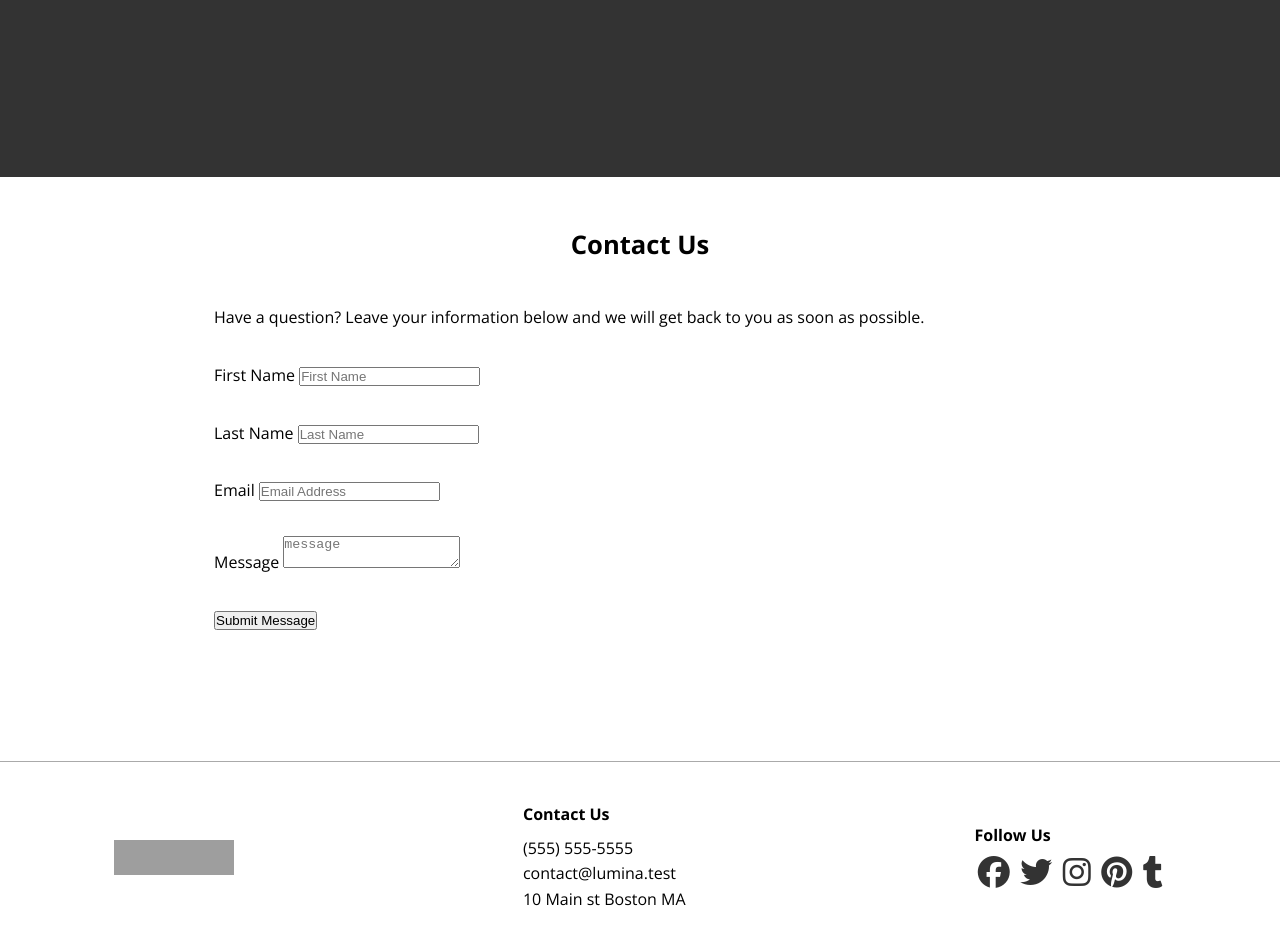
Repository: AchrafAzzaoui/lumina-creative-html-css-project
Page: lumina-creative/contact.html
The author's editor kept a copy of each file at every save. The page is drawn from the files as they stood at one save, then again after the next save.
The browser window is 1280 px wide. The pictures show the part of the page from y = 469 to 1421 px (the page is 1421 px tall before and 1419 px after).
Pictures or frames that could not be fetched are drawn as grey boxes. A picture or video elsewhere on the page could not be fetched, so the positions and the page height are approximate. Some web libraries are served in a nearby version.

Above is the page before, as saved 2024-08-22 22:22:26.

### lumina-creative/contact.html
<!DOCTYPE html>
<html lang="en">
  <head>
    <meta charset="UTF-8" />
    <meta name="viewport" content="width=device-width, initial-scale=1.0" />
    <title>Document</title>
  </head>
  <body>
    <!DOCTYPE html>
    <html lang="en">
      <head>
        <meta charset="UTF-8" />
        <meta name="viewport" content="width=device-width, initial-scale=1.0" />
        <title>Contact Lumina Creative</title>
        <link rel="preconnect" href="https://fonts.googleapis.com" />
        <link rel="preconnect" href="https://fonts.gstatic.com" crossorigin />
        <link
          rel="stylesheet"
          href="https://cdnjs.cloudflare.com/ajax/libs/font-awesome/6.6.0/css/all.min.css"
          integrity="sha512-Kc323vGBEqzTmouAECnVceyQqyqdsSiqLQISBL29aUW4U/M7pSPA/gEUZQqv1cwx4OnYxTxve5UMg5GT6L4JJg=="
          crossorigin="anonymous"
          referrerpolicy="no-referrer"
        />
        <link
          href="https://fonts.googleapis.com/css2?family=Open+Sans:ital,wght@0,300..800;1,300..800&display=swap"
          rel="stylesheet"
        />
        <link rel="stylesheet" href="css/styles.css" />
        <link rel="icon" href="images/favicon.ico" />
      </head>
      <body>
        <header class="header">
          <div class="container container-sm header-flex">
            <img src="images/logo.png" alt="Lumina Creative" class="logo" />
            <nav>
              <ul class="main-menu">
                <li><a href="index.html">Home</a></li>
                <li><a href="about.html">About</a></li>
                <li><a class="current" href="contact.html">Contact</a></li>
              </ul>
            </nav>
          </div>
        </header>

        <section class="hero bg-dark">
          <div class="container container-sm">
            <h2>
              <span class="bg-primary">Enthusiastic</span> thinkers, creating
              unique endeavors powered by
              <span class="bg-primary">creativity</span>
            </h2>
          </div>
        </section>

        <section class="contact">
          <div class="container container-sm">
            <h2 class="section-heading">Contact Us</h2>
            <p>
              Have a question? Leave your information below and we will get back
              to you as soon as possible.
            </p>
            <form>
              <div class="form-group">
                <label for="first-name" class="visually-hidden"
                  >First Name</label
                >
                <input
                  id="first-name"
                  name="first-name"
                  type="text"
                  placeholder="First Name"
                />
              </div>
              <div class="form-group">
                <label for="last-name" class="visually-hidden">Last Name</label>
                <input
                  id="last-name"
                  name="last-name"
                  type="text"
                  placeholder="Last Name"
                />
              </div>
              <div class="form-group">
                <label for="email" class="visually-hidden">Email</label>
                <input
                  id="email"
                  name="email"
                  type="email"
                  placeholder="Email Address"
                />
              </div>
              <div class="form-group">
                <label for="message" class="visually-hidden">Message</label>
                <textarea
                  type="text"
                  id="message"
                  name="message"
                  placeholder="message"
                ></textarea>
              </div>
              <div class="form-group">
                <button type="submit" class="btn">Submit Message</button>
              </div>
            </form>
          </div>
        </section>

        <footer class="footer">
          <div class="container footer-flex">
            <img src="images/logo.png" alt="Lumina Creative" />
            <div>
              <h4>Contact Us</h4>
              <ul>
                <li>(555) 555-5555</li>
                <li>contact@lumina.test</li>
                <li>10 Main st Boston MA</li>
              </ul>
            </div>
            <div>
              <h4>Follow Us</h4>
              <a href="#"><i class="fab fa-facebook fa-2x"></i></a>
              <a href="#"><i class="fab fa-twitter fa-2x"></i></a>
              <a href="#"><i class="fab fa-instagram fa-2x"></i></a>
              <a href="#"><i class="fab fa-pinterest fa-2x"></i></a>
              <a href="#"><i class="fab fa-tumblr fa-2x"></i></a>
            </div>
          </div>
        </footer>
      </body>
    </html>
  </body>
</html>

### lumina-creative/css/styles.css
* {
  margin: 0;
  padding: 0;
  box-sizing: border-box;
}

:root {
  --primary-color: #fcf5e9;
  --container-normal: 1100px;
  --container-wide: 1400px;
  --container-narrow: 900px;
  --dark-color: #333;
}

body {
  font-family: "Open Sans", sans-serif;
  line-height: 1.6;
}
a {
  text-decoration: none;
  color: #333;
}
ul {
  list-style: none;
}
img {
  max-width: 100%;
}
/* utility classes */

.bg-primary {
  background-color: var(--primary-color);
  color: #333;
}

.bg-dark {
  background: var(--dark-color);
  color: white;
}

.section-heading {
  font-size: 1.6rem;
  text-align: center;
  margin-bottom: 40px;
}

.bg-dark .bg-primary {
  padding: 0 0.3rem;
}
/* Container */

.container {
  max-width: var(--container-normal);
  margin: 0 auto;
  padding: 0 1.5rem;
}

.container-lg {
  max-width: var(--container-wide);
}

.container-sm {
  max-width: var(--container-narrow);
}

/* Header */
.header {
  margin: 1.5rem auto;
}
.header .logo {
  width: 130px;
}

.header .header-flex {
  display: flex;
  justify-content: space-between;
  align-items: center;
}

.header .main-menu {
  display: flex;
  gap: 1rem;
}

.header .main-menu a {
  padding: 0.5rem 1rem;
}

.header .main-menu a:hover {
  background-color: var(--primary-color);
}

.current {
  background-color: var(--primary-color);
  font-weight: 600;
}

/* Hero */
.hero {
  height: 500px;
  display: flex;
  flex-direction: column;
  justify-content: center;
  align-items: center;
  text-align: center;
}

.hero h2 {
  font-size: 3rem;
  line-height: 1.4;
  font-weight: normal;
}
/* Photo gallery */
.gallery-flex {
  display: flex;
  justify-content: center;
  flex-wrap: wrap;
  gap: 20px;
}
.gallery-item {
  width: calc(33.333% - 20px);
  border-radius: 10px;
}
.gallery-item img {
  border-radius: 10px;
}

.gallery-item:hover {
  opacity: 0.9;
}

/* footer styles */
.footer {
  border-top: 1px solid #aaa;
  padding: 2.5rem 1.5rem;
  margin-top: 2rem;
}

.footer-flex {
  display: flex;
  justify-content: space-between;
  align-items: center;
}

.footer img {
  width: 120px;
  height: 35px;
}

.footer h4 {
  font-size: 1rem;
  margin-bottom: 0.5rem;
}
.footer a {
  margin: 0.2rem;
}

/* Services */
.services {
  padding: 3rem 0 4rem;
}
.services-flex {
  display: flex;
  gap: 2rem;
}
.service-item h4 {
  font-size: 1.5rem;
}
/* Team */
.team {
  padding: 3rem 0px 4rem;
}

.team-flex {
  display: flex;
  gap: 1.4rem;
}

.team img {
  border-radius: 10px;
}

/* Contact */
.contact {
  padding: 3rem 0px 4rem;
}
.contact p {
  text-align: 0;
  margin-bottom: 2rem;
}
.form-group {
  margin: 2rem 0;
}

/* Media Queries */

@media (max-width: 768px) {
  .header .header-flex,
  .footer .footer-flex,
  .services-flex,
  .team-flex {
    flex-direction: column;
    gap: 1.5rem;
  }
  .hero {
    height: 300px;
  }

  .hero h2 {
    font-size: 1.8rem;
  }

  .gallery-item {
    width: calc(50% - 20px);
  }
  .footer .footer-flex {
    text-align: center;
  }
}

After the next save:
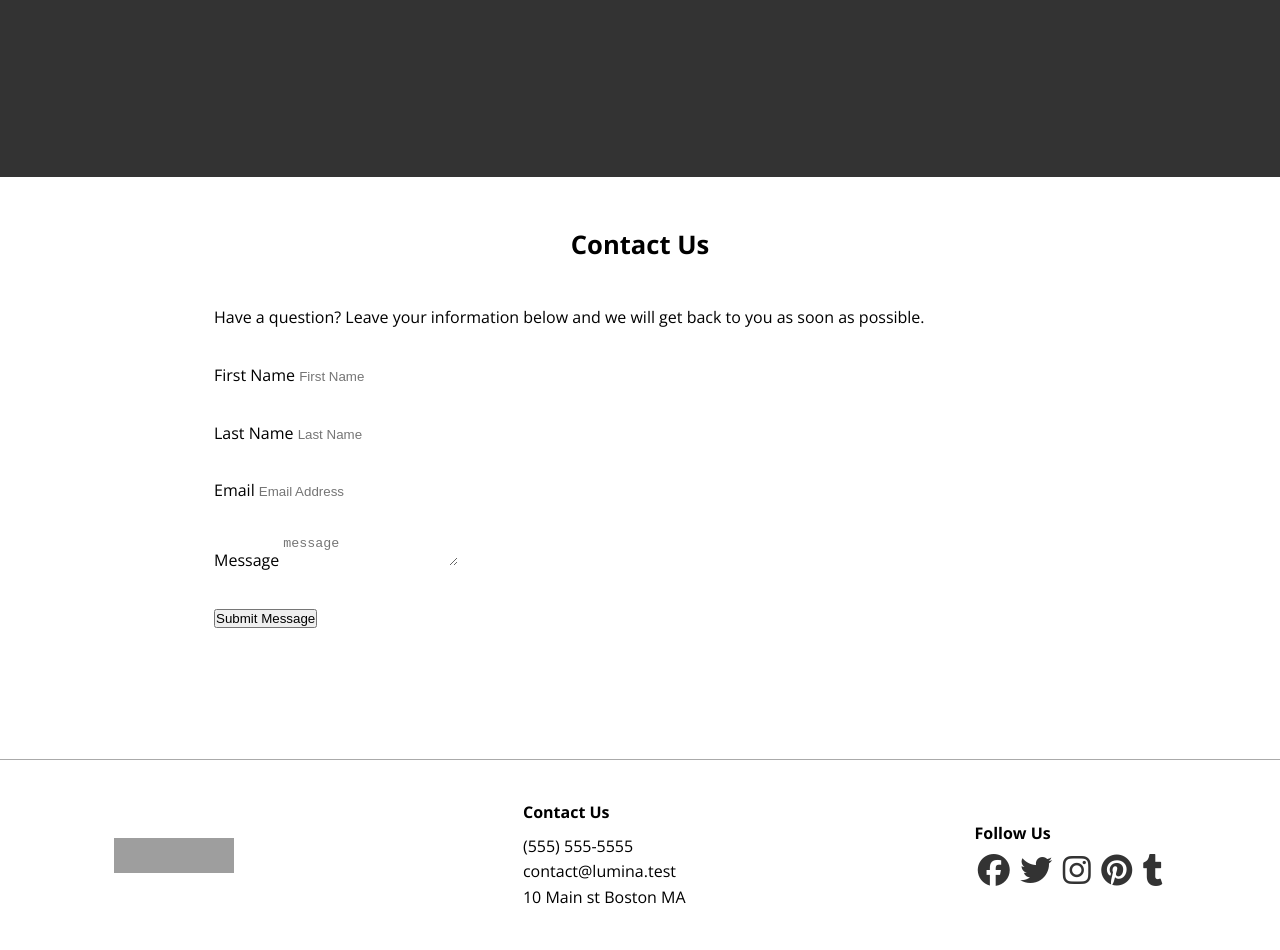
Saved 17 s later.
--- a/lumina-creative/css/styles.css
+++ b/lumina-creative/css/styles.css
@@ -190,6 +190,11 @@ img {
 }
 .form-group {
   margin: 2rem 0;
+}
+
+.contact input,
+.contact textarea {
+  border: none;
 }
 
 /* Media Queries */
